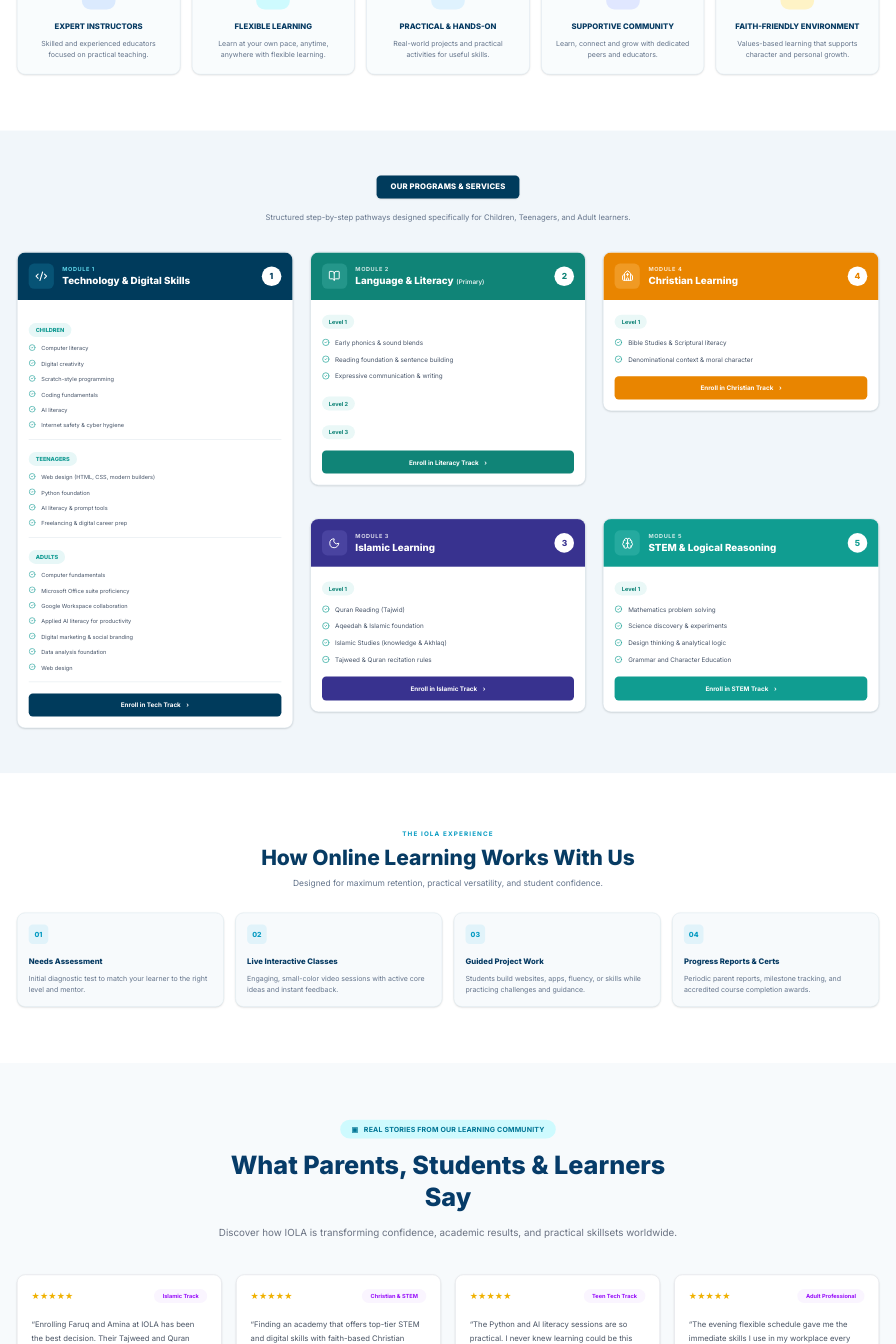
Repository: segunrotini/iola
Page: /
An editor plug-in stored every save of this project. The page is shown before and after the next save, followed by the edit.
The browser window is 1280 px wide. The pictures show the part of the page from y = 1202 to 3122 px (the page is 4253 px tall before and 4446 px after), at 70% of full size.
The project was rebuilt for these pictures with package versions that can differ from the ones it lists, and the page was loaded fresh each time. Also part of the build but not shown: vite.config.ts, src/components/home/Abouthero.tsx, src/components/home/AboutVision.tsx, src/components/home/AboutStory.tsx, src/components/home/AboutValues.tsx, src/components/home/AboutFramwork.tsx, src/components/home/AboutLeadership.tsx, src/components/home/AboutBoderless.tsx and 1 more.

Above is the page before, as saved 2026-10-08 16:50:48.

### index.html
<!doctype html>
<html lang="en">
  <head>
    <meta charset="UTF-8" />
    <link rel="icon" type="image/svg+xml" href="/favicon.svg" />
    <meta name="viewport" content="width=device-width, initial-scale=1.0" />
    <title>integrated-online-learning-academy</title>
  </head>
  <body>
    <div id="root"></div>
    <script type="module" src="/src/main.tsx"></script>
  </body>
</html>

### src/index.css
@import url('https://fonts.googleapis.com/css2?family=Inter:wght@400;500;600;700;800&family=Montserrat:wght@400;500;600;700;800&display=swap');
@import "tailwindcss";

:root {
	font-family: "Inter", "Montserrat", sans-serif;
}

### src/App.tsx

import { Route, Routes } from "react-router-dom";
import AboutUs from "./components/pages/public/Aboutus";
import Homepage from "./components/pages/public/Hompage";
import Programs from "./components/home/Programs";

function App() {
  return (
    <Routes>
      <Route path="/" element={<Homepage />} />
      <Route path="/about" element={<AboutUs />} />
<Route path="/about" element={<Programs />} />
    </Routes>
  );
}

export default App;

### src/components/pages/public/Hompage.tsx
import Topbar from "../../home/topbar"
import Nav from "../../home/Nav"
import HeroSection from "../../home/Hero-section"
import WhyChooseUs from "../../home/WhyChooseUs"
import Programs from "../../home/Programs"
import Testimonials from "../../home/Testimonials"
import LearningProcess from "../../home/LearningProcess"
import AdmissionSection from "../../home/AdmissionSection"
import Footer from "../../home/Footer"
import { motion, useReducedMotion } from "framer-motion"

function Homepage() {
  const shouldReduceMotion = useReducedMotion()
  const sections = [
    { id: "why-choose-us", Component: WhyChooseUs },
    { id: "programs", Component: Programs },
    { id: "learning-process", Component: LearningProcess },
    { id: "testimonials", Component: Testimonials },
    { id: "admission", Component: AdmissionSection },
    { id: "footer", Component: Footer },
  ]

  return (
    <>
      <Topbar/>
      <Nav/>
      <motion.div
        initial={shouldReduceMotion ? false : { opacity: 0, y: 24 }}
        animate={{ opacity: 1, y: 0 }}
        transition={{ duration: shouldReduceMotion ? 0 : 1.5, ease: "easeOut" }}
      >
        <HeroSection/>
      </motion.div>
      {sections.map(({ id, Component }) => (
        <motion.div
          key={id}
          initial={shouldReduceMotion ? false : { opacity: 0, y: 24 }}
          whileInView={{ opacity: 1, y: 0 }}
          viewport={{ once: true, amount: 0.15 }}
          transition={{ duration: shouldReduceMotion ? 0 : 2, ease: "easeOut" }}
        >
          <Component/>
        </motion.div>
      ))}
    </>
  )
}
export default Homepage

### src/components/home/Programs.tsx
import {
  Code2,
  BookOpen,
  Church,
  Moon,
  Brain,
  CircleCheck,
} from "lucide-react";

const Programs = () => {
  return (
    <section className="bg-[#F1F6FA] py-16">
      <div className="mx-auto max-w-7xl px-4 sm:px-6">
        <div className="mx-auto max-w-2xl text-center">
          <span className="inline-flex rounded-md bg-[#003B5C] px-5 py-2 text-[11px] font-extrabold uppercase tracking-wide text-white shadow-sm">
            OUR PROGRAMS & SERVICES
          </span>

          <p className="mx-auto mt-4 max-w-2xl text-[11px] leading-5 text-[#64748B]">
            Structured step-by-step pathways designed specifically for Children,
            Teenagers, and Adult learners.
          </p>
        </div>

        <div className="mt-10 grid items-start gap-6 lg:grid-cols-3">
          {/* MODULE 1 */}
          <div className="row-span-2 overflow-hidden rounded-xl border border-[#D9E2E8] bg-white shadow-sm">
            <div className="flex items-center justify-between bg-[#003B5C] px-4 py-4 text-white">
              <div className="flex items-center gap-3">
                <div className="flex h-9 w-9 items-center justify-center rounded-lg bg-[#075375]">
                  <Code2 size={18} />
                </div>

                <div>
                  <p className="text-[8px] font-bold uppercase tracking-widest text-[#5ED6EA]">
                    MODULE 1
                  </p>
                  <h3 className="text-sm font-extrabold">
                    Technology & Digital Skills
                  </h3>
                </div>
              </div>

              <div className="flex h-7 w-7 items-center justify-center rounded-full bg-white text-xs font-extrabold text-[#003B5C]">
                1
              </div>
            </div>

            <div className="p-4">
              <ProgramGroup
                title="CHILDREN"
                items={[
                  "Computer literacy",
                  "Digital creativity",
                  "Scratch-style programming",
                  "Coding fundamentals",
                  "AI literacy",
                  "Internet safety & cyber hygiene",
                ]}
              />

              <ProgramGroup
                title="TEENAGERS"
                items={[
                  "Web design (HTML, CSS, modern builders)",
                  "Python foundation",
                  "AI literacy & prompt tools",
                  "Freelancing & digital career prep",
                ]}
              />

              <ProgramGroup
                title="ADULTS"
                items={[
                  "Computer fundamentals",
                  "Microsoft Office suite proficiency",
                  "Google Workspace collaboration",
                  "Applied AI literacy for productivity",
                  "Digital marketing & social branding",
                  "Data analysis foundation",
                  "Web design",
                ]}
              />

              <EnrollButton color="bg-[#003B5C]" text="Enroll in Tech Track" />
            </div>
          </div>

          {/* MODULE 2 */}
          <ProgramCard
            number="2"
            module="MODULE 2"
            title="Language & Literacy"
            subtitle="(Primary)"
            icon={BookOpen}
            headerColor="bg-[#108477]"
            iconBg="bg-[#24968A]"
            numberColor="text-[#108477]"
            items={[
              "Early phonics & sound blends",
              "Reading foundation & sentence building",
              "Expressive communication & writing",
            ]}
            levels={["Level 1", "Level 2", "Level 3"]}
            button="Enroll in Literacy Track"
            buttonColor="bg-[#108477]"
          />

          {/* MODULE 4 */}
          <ProgramCard
            number="4"
            module="MODULE 4"
            title="Christian Learning"
            icon={Church}
            headerColor="bg-[#E98500]"
            iconBg="bg-[#F09A24]"
            numberColor="text-[#E98500]"
            items={[
              "Bible Studies & Scriptural literacy",
              "Denominational context & moral character",
            ]}
            levels={["Level 1"]}
            button="Enroll in Christian Track"
            buttonColor="bg-[#E98500]"
          />

          {/* MODULE 3 */}
          <ProgramCard
            number="3"
            module="MODULE 3"
            title="Islamic Learning"
            icon={Moon}
            headerColor="bg-[#38328F]"
            iconBg="bg-[#4943A0]"
            numberColor="text-[#38328F]"
            items={[
              "Quran Reading (Tajwid)",
              "Aqeedah & Islamic foundation",
              "Islamic Studies (knowledge & Akhlaq)",
              "Tajweed & Quran recitation rules",
            ]}
            levels={["Level 1"]}
            button="Enroll in Islamic Track"
            buttonColor="bg-[#38328F]"
          />

          {/* MODULE 5 */}
          <ProgramCard
            number="5"
            module="MODULE 5"
            title="STEM & Logical Reasoning"
            icon={Brain}
            headerColor="bg-[#109D91]"
            iconBg="bg-[#25AA9F]"
            numberColor="text-[#109D91]"
            items={[
              "Mathematics problem solving",
              "Science discovery & experiments",
              "Design thinking & analytical logic",
              "Grammar and Character Education",
            ]}
            levels={["Level 1"]}
            button="Enroll in STEM Track"
            buttonColor="bg-[#109D91]"
          />
        </div>
      </div>
    </section>
  );
};

type ProgramCardProps = {
  number: string;
  module: string;
  title: string;
  subtitle?: string;
  icon: React.ElementType;
  headerColor: string;
  iconBg: string;
  numberColor: string;
  items: string[];
  levels: string[];
  button: string;
  buttonColor: string;
};

const ProgramCard = ({
  number,
  module,
  title,
  subtitle,
  icon: Icon,
  headerColor,
  iconBg,
  numberColor,
  items,
  levels,
  button,
  buttonColor,
}: ProgramCardProps) => {
  return (
    <div className="overflow-hidden rounded-xl border border-[#D9E2E8] bg-white shadow-sm">
      <div
        className={`flex items-center justify-between px-4 py-4 text-white ${headerColor}`}
      >
        <div className="flex items-center gap-3">
          <div
            className={`flex h-9 w-9 items-center justify-center rounded-lg ${iconBg}`}
          >
            <Icon size={17} />
          </div>

          <div>
            <p className="text-[8px] font-bold uppercase tracking-widest opacity-80">
              {module}
            </p>

            <h3 className="text-sm font-extrabold">
              {title}
              {subtitle && (
                <span className="ml-1 text-[9px] font-medium">
                  {subtitle}
                </span>
              )}
            </h3>
          </div>
        </div>

        <div
          className={`flex h-7 w-7 items-center justify-center rounded-full bg-white text-xs font-extrabold ${numberColor}`}
        >
          {number}
        </div>
      </div>

      <div className="p-4">
        {levels.map((level, index) => (
          <div key={level} className={index > 0 ? "mt-4" : ""}>
            <span className="inline-flex rounded-full bg-[#EAF8F7] px-2.5 py-1 text-[8px] font-bold text-[#108477]">
              {level}
            </span>

            {index === 0 && (
              <div className="mt-3 space-y-2">
                {items.map((item) => (
                  <div
                    key={item}
                    className="flex items-start gap-2 text-[9px] leading-4 text-[#475569]"
                  >
                    <CircleCheck
                      size={11}
                      className="mt-0.5 shrink-0 text-[#109D91]"
                    />
                    <span>{item}</span>
                  </div>
                ))}
              </div>
            )}
          </div>
        ))}

        <EnrollButton color={buttonColor} text={button} />
      </div>
    </div>
  );
};

const ProgramGroup = ({
  title,
  items,
}: {
  title: string;
  items: string[];
}) => {
  return (
    <div className="border-b border-[#E7EDF1] py-3 last:border-b-0">
      <span className="inline-flex rounded-full bg-[#E7F7F7] px-2.5 py-1 text-[8px] font-extrabold uppercase text-[#159C94]">
        {title}
      </span>

      <div className="mt-2 space-y-1.5">
        {items.map((item) => (
          <div
            key={item}
            className="flex items-start gap-2 text-[8px] leading-4 text-[#475569]"
          >
            <CircleCheck
              size={10}
              className="mt-0.5 shrink-0 text-[#159C94]"
            />
            <span>{item}</span>
          </div>
        ))}
      </div>
    </div>
  );
};

const EnrollButton = ({
  color,
  text,
}: {
  color: string;
  text: string;
}) => {
  return (
    <button
      className={`mt-4 flex w-full items-center justify-center gap-2 rounded-md px-3 py-2.5 text-[9px] font-bold text-white transition hover:opacity-90 ${color}`}
    >
      {text}
      <span>›</span>
    </button>
  );
};

export default Programs;

### src/components/home/topbar.tsx
import { Mail, Phone, Sparkles } from "lucide-react";

const TopBar = () => {
  return (
    <div className="bg-[#003B5C] text-white">
      <div className="mx-auto flex max-w-7xl flex-col gap-2 px-4 py-2 text-[10px] sm:flex-row sm:items-center sm:justify-between sm:px-6 sm:text-xs">
        <div className="flex items-center gap-1.5">
          <Sparkles size={12} className="text-[#F4C542]" />
          <span>Faith • Skills • Opportunity • Global Impact</span>
        </div>

        <div className="flex flex-col items-start gap-2 sm:flex-row sm:items-center sm:gap-5">
          <a
            href="tel:+2348122452692"
            className="flex items-center gap-1.5 transition hover:text-[#5DE1E6]"
          >
            <Phone size={12} />
            <span>08122452692, 08141570784</span>
          </a>

          <a
            href="mailto:learn@iola.com"
            className="flex items-center gap-1.5 transition hover:text-[#5DE1E6]"
          >
            <Mail size={12} />
            <span>learn@iola.com</span>
          </a>

          <a
            href="#student-portal"
            className="rounded-md bg-[#0B5278] px-3 py-1.5 font-medium transition hover:bg-[#08658F]"
          >
            Student Portal
          </a>
        </div>
      </div>
    </div>
  );
};

export default TopBar;

### src/components/home/WhyChooseUs.tsx
import {
  BookOpen,
  HeartHandshake,
  Laptop,
  Lightbulb,
  Users,
} from "lucide-react";

const features = [
  {
    icon: BookOpen,
    title: "EXPERT INSTRUCTORS",
    description:
      "Skilled and experienced educators focused on practical teaching.",
    iconBg: "bg-blue-100",
    iconColor: "text-blue-600",
  },
  {
    icon: Laptop,
    title: "FLEXIBLE LEARNING",
    description:
      "Learn at your own pace, anytime, anywhere with flexible learning.",
    iconBg: "bg-cyan-100",
    iconColor: "text-cyan-600",
  },
  {
    icon: Lightbulb,
    title: "PRACTICAL & HANDS-ON",
    description:
      "Real-world projects and practical activities for useful skills.",
    iconBg: "bg-sky-100",
    iconColor: "text-sky-600",
  },
  {
    icon: Users,
    title: "SUPPORTIVE COMMUNITY",
    description:
      "Learn, connect and grow with dedicated peers and educators.",
    iconBg: "bg-indigo-100",
    iconColor: "text-indigo-600",
  },
  {
    icon: HeartHandshake,
    title: "FAITH-FRIENDLY ENVIRONMENT",
    description:
      "Values-based learning that supports character and personal growth.",
    iconBg: "bg-amber-100",
    iconColor: "text-amber-500",
  },
];

const WhyChooseUs = () => {
  return (
    <section  className="bg-white py-16 sm:py-20">
      <div className="mx-auto max-w-7xl px-4 sm:px-6">
        <div className="mx-auto max-w-2xl text-center">
          <span className="inline-flex items-center rounded-md bg-[#073B63] px-4 py-1.5 text-[30px] font-bold text-white">
            WHY CHOOSE IOLA?
          </span>

          <h2 className="mt-4 text-2xl font-extrabold leading-tight text-[#073B63] sm:text-3xl">
            Built For Practical Mastery & Lifelong
            <br className="hidden sm:block" />
            Growth
          </h2>

          <p className="mt-3 text-xs leading-5 text-[#64748B] sm:text-sm">
            Every course at IOLA combines certified modern training methods
            with values-based mentoring.
          </p>
        </div>

        <div className="mt-10 grid gap-4 sm:grid-cols-2 lg:grid-cols-5">
          {features.map((feature) => {
            const Icon = feature.icon;

            return (
              <div
                key={feature.title}
                className="rounded-xl border border-[#E4EDF2] bg-[#F9FCFD] p-5 text-center shadow-sm transition duration-300 hover:-translate-y-1 hover:shadow-md"
              >
                <div
                  className={`mx-auto flex h-12 w-12 items-center justify-center rounded-xl ${feature.iconBg}`}
                >
                  <Icon size={22} className={feature.iconColor} />
                </div>

                <h3 className="mt-4 text-[11px] font-extrabold leading-4 text-[#073B63]">
                  {feature.title}
                </h3>

                <p className="mt-2 text-[10px] leading-4 text-[#64748B]">
                  {feature.description}
                </p>
              </div>
            );
          })}
        </div>
      </div>
    </section>
  );
};

export default WhyChooseUs;

### src/components/home/LearningProcess.tsx

const learningSteps = [
  {
    number: "01",
    title: "Needs Assessment",
    description:
      "Initial diagnostic test to match your learner to the right level and mentor.",
  },
  {
    number: "02",
    title: "Live Interactive Classes",
    description:
      "Engaging, small-color video sessions with active core ideas and instant feedback.",
  },
  {
    number: "03",
    title: "Guided Project Work",
    description:
      "Students build websites, apps, fluency, or skills while practicing challenges and guidance.",
  },
  {
    number: "04",
    title: "Progress Reports & Certs",
    description:
      "Periodic parent reports, milestone tracking, and accredited course completion awards.",
  },
];

const LearningProcess = () => {
  return (
    <section className="bg-white py-16 sm:py-20">
      <div className="mx-auto max-w-7xl px-4 sm:px-6">
        <div className="mx-auto max-w-2xl text-center">
          <p className="text-[9px] font-bold uppercase tracking-[0.18em] text-[#079BC2]">
            The IOLA Experience
          </p>

          <h2 className="mt-2 text-2xl font-extrabold leading-tight text-[#073B63] sm:text-3xl">
            How Online Learning Works With Us
          </h2>

          <p className="mt-2 text-[10px] leading-5 text-[#64748B] sm:text-xs">
            Designed for maximum retention, practical versatility, and student
            confidence.
          </p>
        </div>

        <div className="mt-8 grid gap-4 sm:grid-cols-2 lg:grid-cols-4">
          {learningSteps.map((step) => (
            <div
              key={step.number}
              className="rounded-xl border border-[#E3ECF1] bg-[#F7FAFC] p-4 shadow-sm"
            >
              <div className="flex h-7 w-7 items-center justify-center rounded-md bg-[#E1F3FA] text-[10px] font-extrabold text-[#079BC2]">
                {step.number}
              </div>

              <h3 className="mt-4 text-[10px] font-extrabold text-[#073B63] sm:text-[11px]">
                {step.title}
              </h3>

              <p className="mt-2 text-[9px] leading-4 text-[#64748B] sm:text-[10px]">
                {step.description}
              </p>
            </div>
          ))}
        </div>
      </div>
    </section>
  );
};

export default LearningProcess;

Loaded but not shown: src/main.tsx (common file); src/components/home/Hero-section.tsx (160 lines, source omitted); src/components/home/AdmissionSection.tsx (201 lines, source omitted); src/components/home/Nav.tsx (148 lines, source omitted); src/components/home/Footer.tsx (127 lines, source omitted); src/components/home/Testimonials.tsx (118 lines, source omitted)

After the next save:
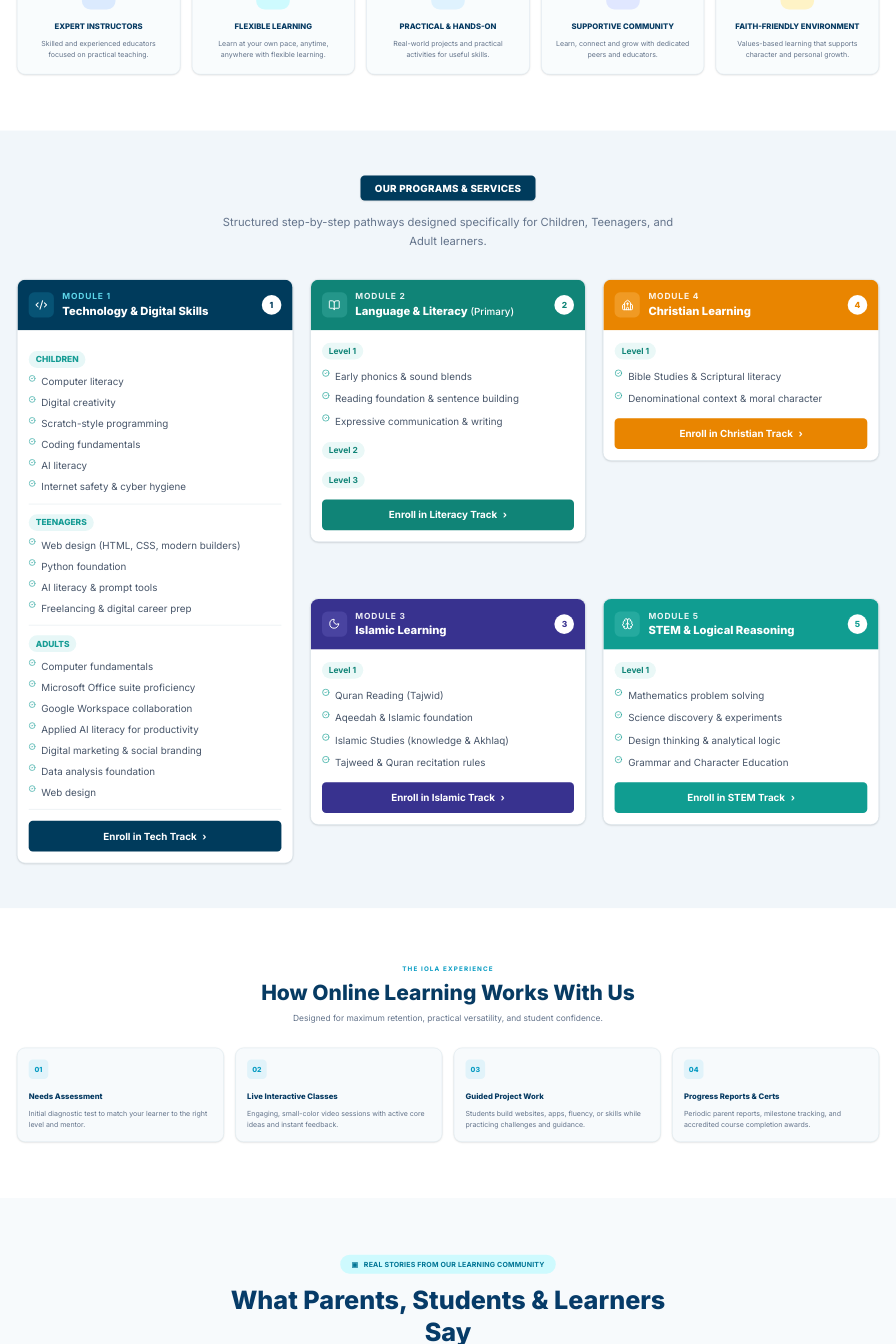
Saved 16 s later.
--- a/src/components/home/Programs.tsx
+++ b/src/components/home/Programs.tsx
@@ -12,11 +12,11 @@
     <section className="bg-[#F1F6FA] py-16">
       <div className="mx-auto max-w-7xl px-4 sm:px-6">
         <div className="mx-auto max-w-2xl text-center">
-          <span className="inline-flex rounded-md bg-[#003B5C] px-5 py-2 text-[11px] font-extrabold uppercase tracking-wide text-white shadow-sm">
+          <span className="inline-flex rounded-md bg-[#003B5C] px-5 py-2 text-sm font-extrabold uppercase tracking-wide text-white shadow-sm">
             OUR PROGRAMS & SERVICES
           </span>
 
-          <p className="mx-auto mt-4 max-w-2xl text-[11px] leading-5 text-[#64748B]">
+          <p className="mx-auto mt-4 max-w-2xl text-base leading-7 text-[#64748B]">
             Structured step-by-step pathways designed specifically for Children,
             Teenagers, and Adult learners.
           </p>
@@ -32,10 +32,10 @@
                 </div>
 
                 <div>
-                  <p className="text-[8px] font-bold uppercase tracking-widest text-[#5ED6EA]">
+                  <p className="text-xs font-bold uppercase tracking-widest text-[#5ED6EA]">
                     MODULE 1
                   </p>
-                  <h3 className="text-sm font-extrabold">
+                  <h3 className="text-base font-extrabold">
                     Technology & Digital Skills
                   </h3>
                 </div>
@@ -211,14 +211,14 @@
           </div>
 
           <div>
-            <p className="text-[8px] font-bold uppercase tracking-widest opacity-80">
+            <p className="text-xs font-bold uppercase tracking-widest opacity-90">
               {module}
             </p>
 
-            <h3 className="text-sm font-extrabold">
+            <h3 className="text-base font-extrabold">
               {title}
               {subtitle && (
-                <span className="ml-1 text-[9px] font-medium">
+                <span className="ml-1 text-sm font-medium">
                   {subtitle}
                 </span>
               )}
@@ -236,7 +236,7 @@
       <div className="p-4">
         {levels.map((level, index) => (
           <div key={level} className={index > 0 ? "mt-4" : ""}>
-            <span className="inline-flex rounded-full bg-[#EAF8F7] px-2.5 py-1 text-[8px] font-bold text-[#108477]">
+            <span className="inline-flex rounded-full bg-[#EAF8F7] px-2.5 py-1 text-xs font-bold text-[#108477]">
               {level}
             </span>
 
@@ -245,7 +245,7 @@
                 {items.map((item) => (
                   <div
                     key={item}
-                    className="flex items-start gap-2 text-[9px] leading-4 text-[#475569]"
+                    className="flex items-start gap-2 text-sm leading-6 text-[#475569]"
                   >
                     <CircleCheck
                       size={11}
@@ -274,7 +274,7 @@
 }) => {
   return (
     <div className="border-b border-[#E7EDF1] py-3 last:border-b-0">
-      <span className="inline-flex rounded-full bg-[#E7F7F7] px-2.5 py-1 text-[8px] font-extrabold uppercase text-[#159C94]">
+      <span className="inline-flex rounded-full bg-[#E7F7F7] px-2.5 py-1 text-xs font-extrabold uppercase text-[#159C94]">
         {title}
       </span>
 
@@ -282,7 +282,7 @@
         {items.map((item) => (
           <div
             key={item}
-            className="flex items-start gap-2 text-[8px] leading-4 text-[#475569]"
+            className="flex items-start gap-2 text-sm leading-6 text-[#475569]"
           >
             <CircleCheck
               size={10}
@@ -305,7 +305,7 @@
 }) => {
   return (
     <button
-      className={`mt-4 flex w-full items-center justify-center gap-2 rounded-md px-3 py-2.5 text-[9px] font-bold text-white transition hover:opacity-90 ${color}`}
+      className={`mt-4 flex min-h-11 w-full items-center justify-center gap-2 rounded-md px-3 py-2.5 text-sm font-bold text-white transition hover:opacity-90 ${color}`}
     >
       {text}
       <span>›</span>
